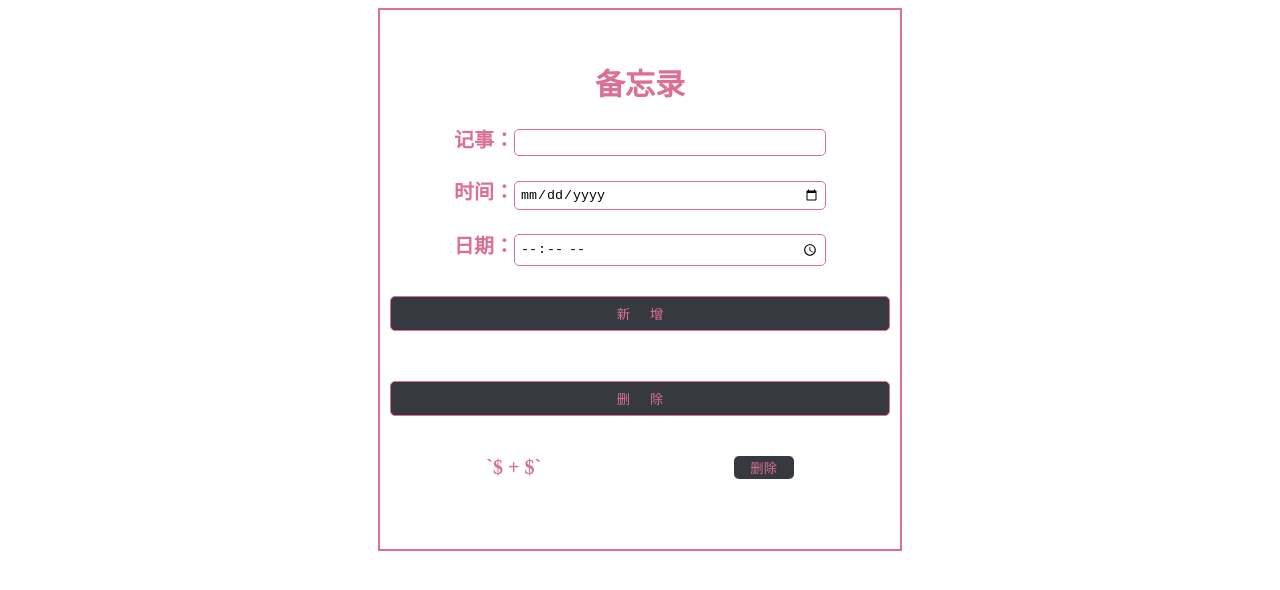
Repository: ErosHai/ReactDemo
Page: /, after clicking the first element matching `button.sc-eqUAAy`
The author's editor kept a copy of each file at every save. The page is drawn from the files as they stood at one save, then again after the next save.
The browser window is 1280 px wide. The pictures show the whole page.
The project was rebuilt for these pictures with package versions that can differ from the ones it lists, and the page was loaded fresh each time.

Above is the page before, as saved 2022-03-17 22:45:57.

After the next save:
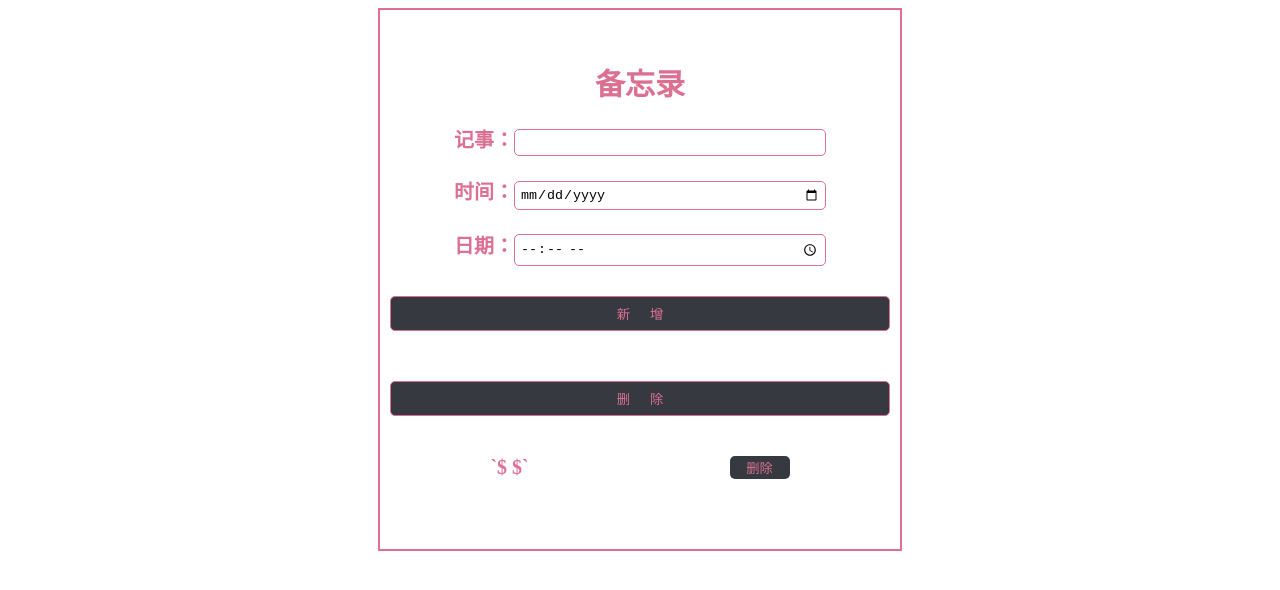
Saved 27 s later.
--- a/src/pages/Home/components/Item/index.js
+++ b/src/pages/Home/components/Item/index.js
@@ -34,7 +34,7 @@ function Item({ note, date, time }) {
 				<Content>
 					{note}
 					<div>
-						`${date} + ${time}`
+						`${date} ${time}`
 					</div>
 				</Content>
 				<Delete>删除</Delete>
